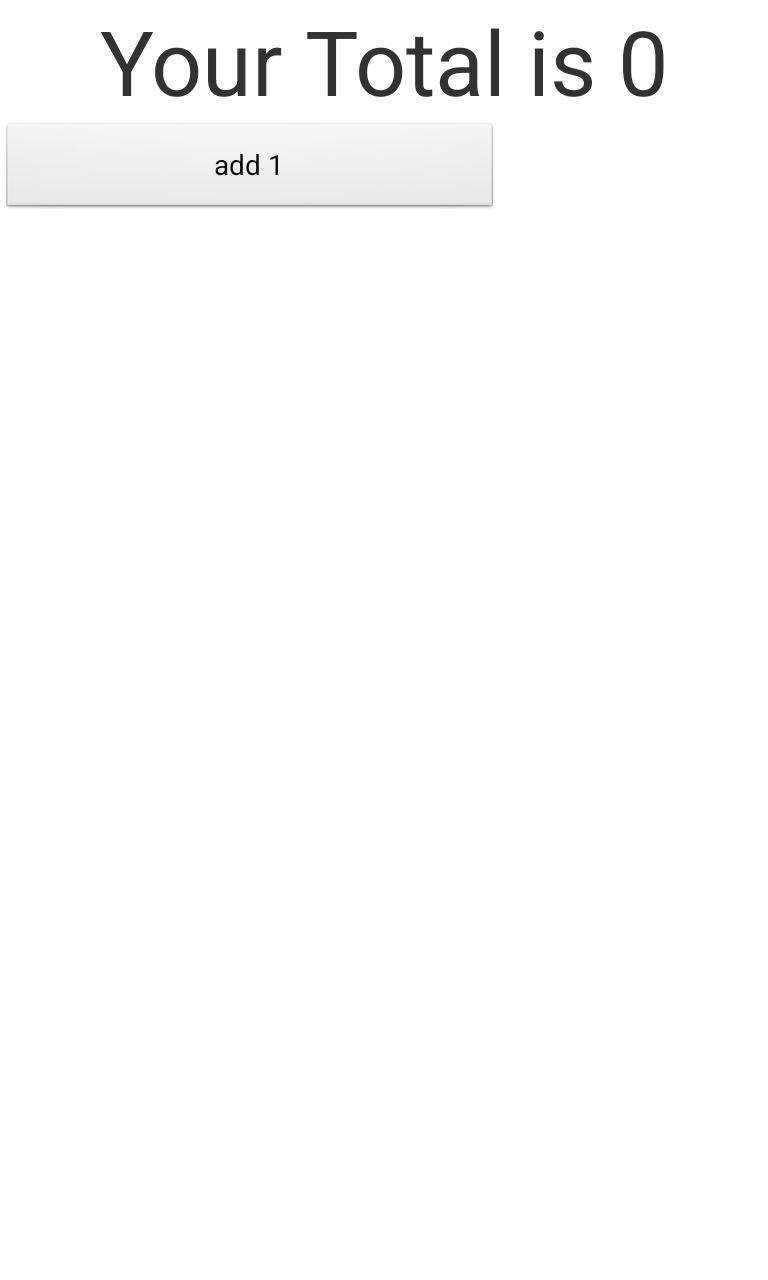
Repository: INBASD/Solar-Power-Project
Layout: Solar power calculator android/res/layout/activity_main.xml
An editor plug-in stored every save of this project. The layout is shown before and after the next save, followed by the edit.
It is drawn on a 768 x 1280 px phone screen (xhdpi) without system bars, with theme AppTheme; the app's code is not run.

Above is the layout before, as saved 2012-08-27 03:28:55.

After the next save:
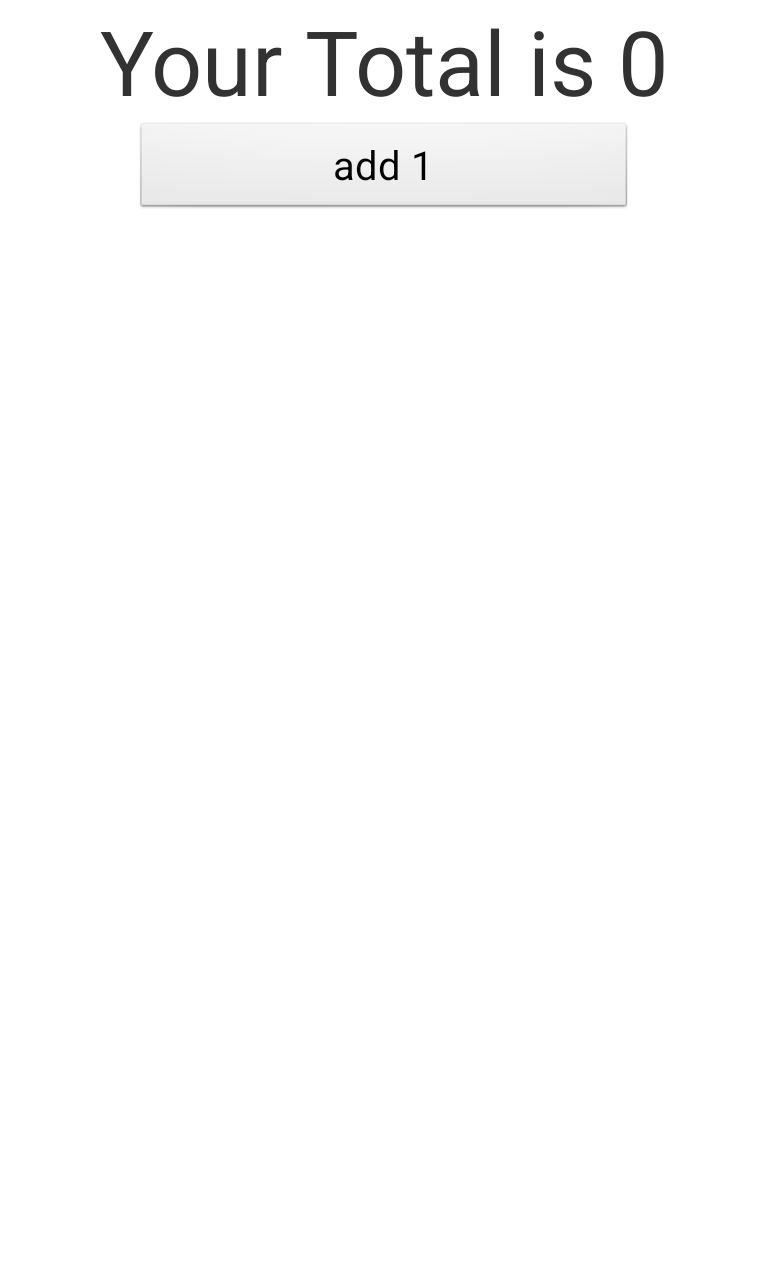
Saved 45 s later.
--- a/Solar power calculator android/res/layout/activity_main.xml
+++ b/Solar power calculator android/res/layout/activity_main.xml
@@ -16,7 +16,9 @@
     <Button
         android:layout_width="250dp"
         android:layout_height="wrap_content"
-        android:text="@string/add"/>
+        android:text="@string/add"
+        android:layout_gravity="center"
+        android:textSize="20dp"/>
 
 
 </LinearLayout>
